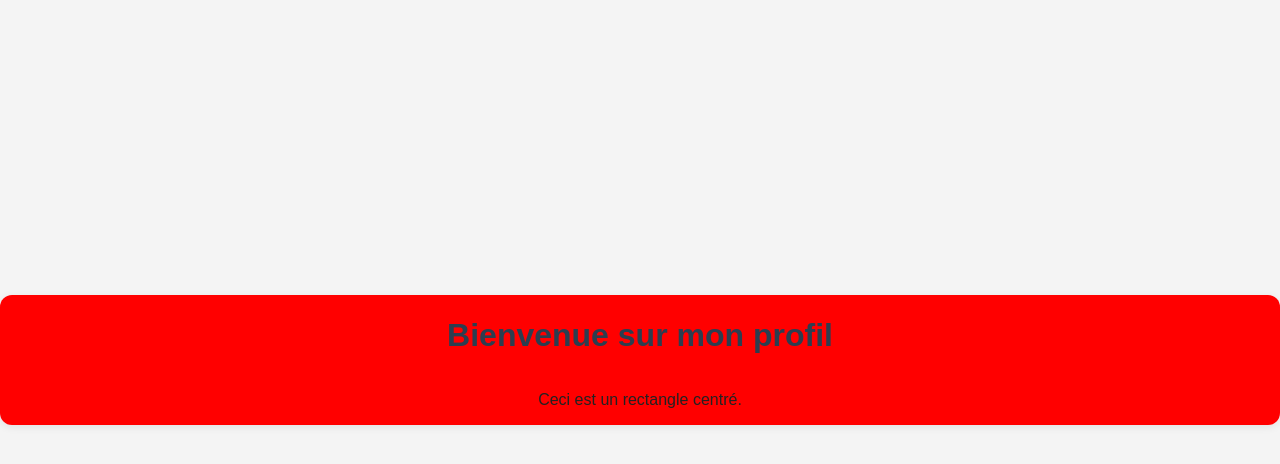
Repository: quadrinex/profile
Page: index.html
These files come from the project's save history. The page is drawn as it stood at one moment and after the next save; the edit follows.
The browser window is 1280 px wide. The pictures show the whole page.

Above is the page before, as saved 2025-06-30 16:16:24.

After the next save:
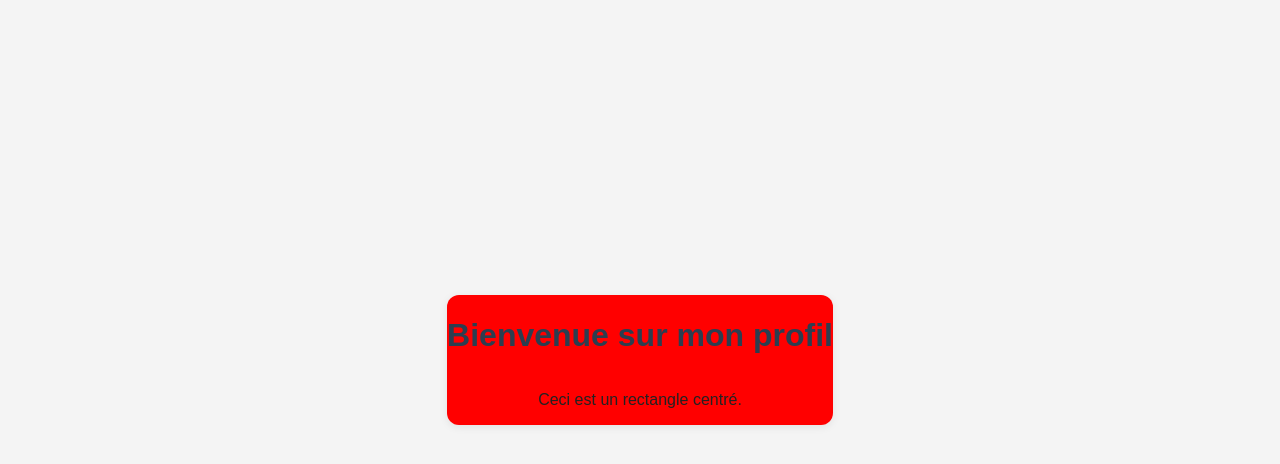
Saved 19 s later.
--- a/main.css
+++ b/main.css
@@ -20,7 +20,7 @@
 }
 
 .container {
-    max-width: calc(fit-content + 5%);
+    max-width: fit-content;
     max-height: fit-content;
     margin: auto;
     background: #ff0000;
